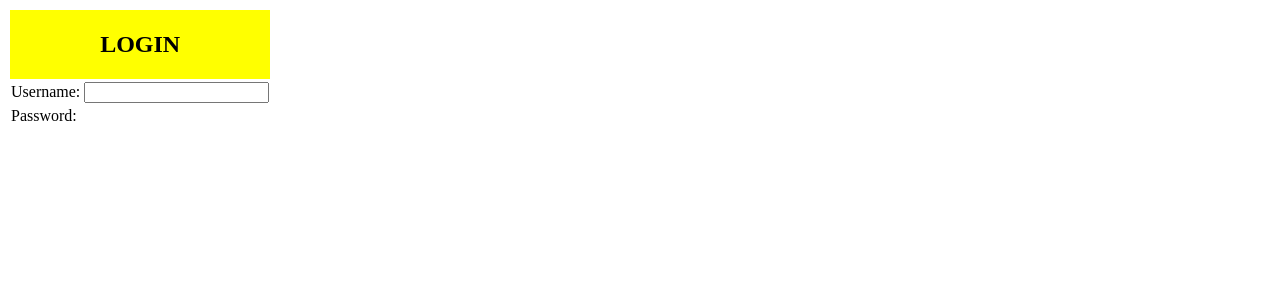
Repository: FatCat0712/JSP
Page: http://localhost/bai_21/login.jsp
These files come from the project's save history. The page is drawn as it stood at one moment and after the next save; the edit follows.
The browser window is 1280 px wide. The pictures show the whole page.
The page is served by Tomcat 9.

Above is the page before, as saved 2024-04-23 00:57:18.

### bai_21/src/main/webapp/login.jsp
<%@ page language="java" contentType="text/html; charset=UTF-8"
    pageEncoding="UTF-8"%>
<!DOCTYPE html>
<html>
<head>
<meta charset="UTF-8">
<title>Insert title here</title>
</head>
<body>
	<table>
		<tr>
			<td colspan="2" style="text-align: center; background-color: yellow;">
				<h2>LOGIN</h2>
			</td>
		</tr>
		<tr>
			<td>Username: </td>
			<td>
				<input type="text" name="username"/>
			</td>
		</tr>
		<tr>
			<td>Password: </td>
		</tr>
	</table>
</body>
</html>

After the next save:
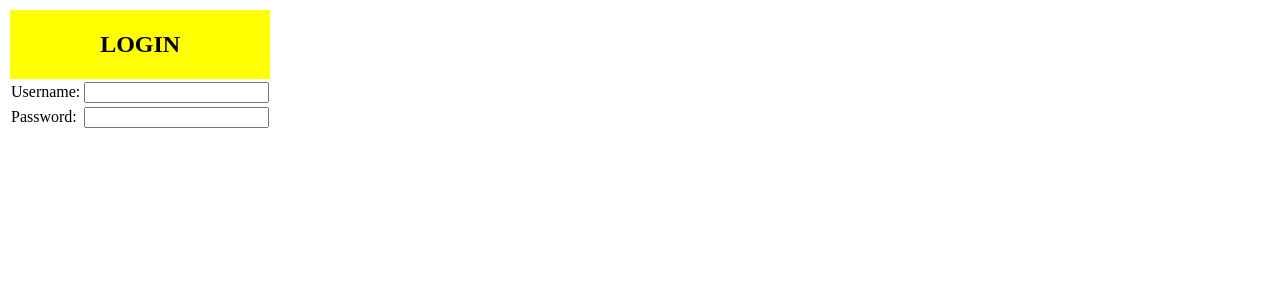
Saved 23 s later.
--- a/bai_21/src/main/webapp/login.jsp
+++ b/bai_21/src/main/webapp/login.jsp
@@ -21,6 +21,9 @@
 		</tr>
 		<tr>
 			<td>Password: </td>
+			<td>
+				<input type="text" name="password"/>
+			</td>
 		</tr>
 	</table>
 </body>
